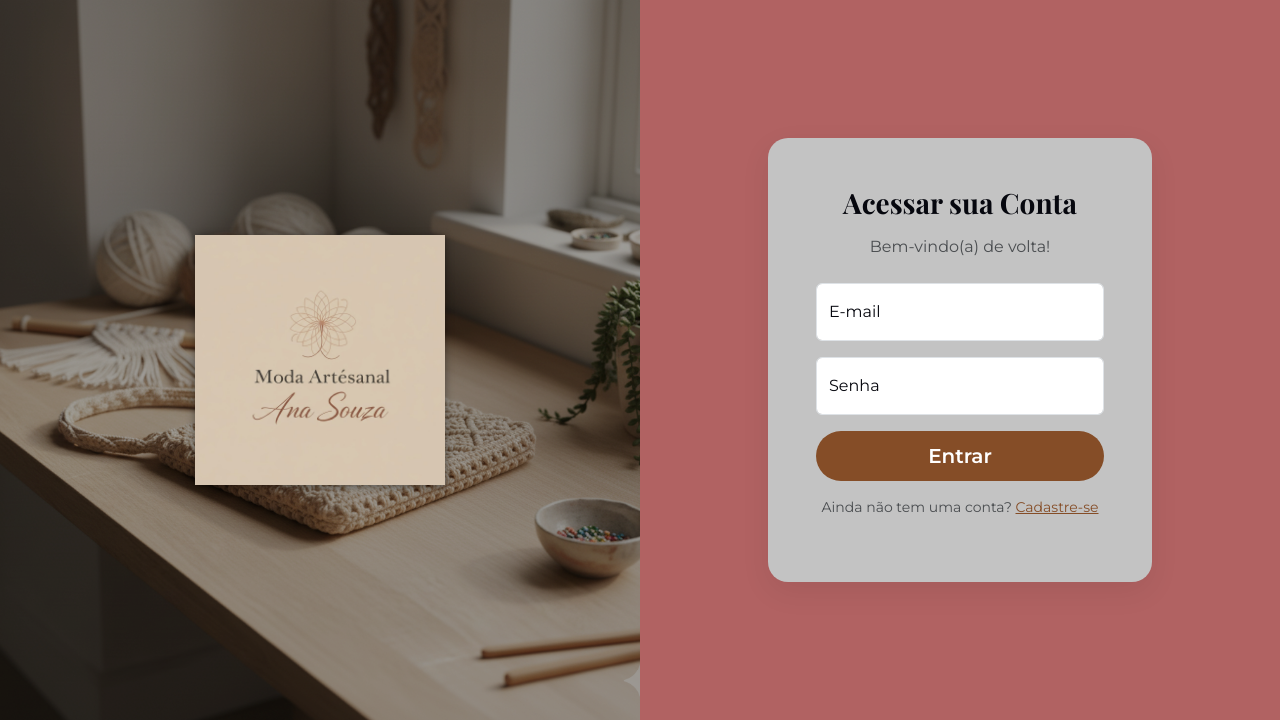
Repository: Lucascsg/projeto-anasouza-frontend
Page: login.html
These files come from the project's save history. The page is drawn as it stood at one moment and after the next save; the edit follows.
The browser window is 1280 px wide. The pictures show the whole page.

Above is the page before, as saved 2025-10-21 23:40:30.

### login.html
<!DOCTYPE html>
<html lang="pt-br">
<head>
    <meta charset="UTF-8">
    <meta name="viewport" content="width=device-width, initial-scale=1.0">
    <title>Login - Ana Souza</title>
    <link href="https://cdn.jsdelivr.net/npm/bootstrap@5.3.2/dist/css/bootstrap.min.css" rel="stylesheet">
    <link rel="stylesheet" href="css/style.css">
    <link rel="stylesheet" href="https://cdn.jsdelivr.net/npm/bootstrap-icons@1.11.1/font/bootstrap-icons.css">
    <link rel="preconnect" href="https://fonts.googleapis.com">
    <link rel="preconnect" href="https://fonts.gstatic.com" crossorigin>
    <link href="https://fonts.googleapis.com/css2?family=Montserrat:wght@400;500;600&family=Playfair+Display:wght@700&family=Great+Vibes&display=swap" rel="stylesheet">

    <style>
        /* Estilo para garantir altura total e split screen */
        body, html { height: 100%; margin: 0; overflow: hidden; }
        .split-container { display: flex; min-height: 100vh; }
        .split-image {
            background: url('imagens/backlog4.png') no-repeat center center/cover; /* SUA IMAGEM DE FUNDO AQUI */
            flex: 1;
            position: relative;
            display: flex;
            align-items: center;
            justify-content: center;
            padding: 2rem; /* Adiciona um respiro */
        }
        .split-form {
            flex: 1;
            display: flex;
            align-items: center;
            justify-content: center;
            padding: 2rem;
            background-color: #B16262 ;
            overflow-y: auto;
        }

        /* Overlay sobre a imagem */
        .split-image::before {
            content: '';
            position: absolute;
            top: 0; left: 0;
            width: 100%; height: 100%;
            background: rgba(0, 0, 0, 0.35);
            z-index: 1;
        }

        /* --- ATUALIZADO: Estilo para a IMAGEM do logo --- */
        .image-logo {
            position: relative;
            z-index: 2;
            text-align: center;
            max-width: 250px; /* Limita a largura máxima do logo */
            width: 70%;       /* Faz o logo ocupar 70% do espaço disponível */
        }
        .image-logo img {
            /* Adiciona um leve filtro para o logo "flutuar" melhor sobre fundos variados */
            filter: drop-shadow(0px 2px 4px rgba(0,0,0,0.4));
        }

        /* Ajuste para telas menores */
        @media (max-width: 767px) {
            .split-container { flex-direction: column-reverse; }
            .split-image {
                min-height: 200px; /* Altura menor para o logo no mobile */
                flex: none;
                padding: 1rem; /* Menos respiro */
            }
            .image-logo { /* Logo na imagem é ajustado no mobile */
                max-width: 180px; /* Logo menor no mobile */
                width: 60%;
            }
            .split-form { padding: 1.5rem; }
            .form-logo { display: block !important; }
             /* Esconde o logo grande da imagem no mobile, mostra o pequeno do form */
             /* .image-logo { display: none !important; } */ /* Descomente se preferir esconder totalmente no mobile */
        }
        @media (min-width: 768px) {
            .form-logo { display: none; }
        }
    </style>
</head>
<body>

    <div class="split-container">
        <div class="split-image d-none d-md-flex">
            <div class="image-logo">
                <a href="index.html">
                    <img src="imagens/logo.png" alt="Logo Ana Souza" class="img-fluid">
                </a>
            </div>
        </div>

        <div class="split-form">
            <div class="col-lg-8 col-md-10 col-sm-12">
                <div class="form-container section-card">
                    <div class="text-center mb-4">
                        <a class="logo-text form-logo d-none d-md-none d-inline-block mb-3 text-decoration-none" href="index.html" style="font-size: 2.5rem; color: var(--cor-base-escura) !important;">
                            <div>Ana Souza</div>
                            <small class="logo-subtitle" style="font-size: 0.7rem; color: var(--cor-base-escura); opacity: 0.8;">MODA ARTESANAL</small>
                        </a>
                        <h1 class="h3 mb-3 fw-bold">Acessar sua Conta</h1>
                        <p class="text-muted">Bem-vindo(a) de volta!</p>
                    </div>
                    <form id="login-form">
                        <div class="form-floating mb-3">
                            <input type="email" class="form-control" id="email" placeholder="nome@exemplo.com" required>
                            <label for="email">E-mail</label>
                        </div>
                        <div class="form-floating mb-3">
                            <input type="password" class="form-control" id="senha" placeholder="Senha" required>
                            <label for="senha">Senha</label>
                        </div>
                        <div class="d-grid mb-3">
                            <button class="btn btn-custom-primary btn-lg" type="submit">Entrar</button>
                        </div>
                        <p class="text-center text-muted small">
                            Ainda não tem uma conta? <a href="cadastro.html" class="link-custom-secondary">Cadastre-se</a>
                        </p>
                    </form>
                </div>
            </div>
        </div>
    </div>

    <script src="https://cdn.jsdelivr.net/npm/bootstrap@5.3.2/dist/js/bootstrap.bundle.min.js"></script>
</body>
</html>

### css/style.css
/* =================================== */
/* VARIÁVEIS GLOBAIS E ESTILOS BASE    */
/* =================================== */
:root {
    /* Sua paleta de cores (mantive suas últimas alterações) */
    --cor-base-escura: #854D27;
    --cor-acao-vibrante: #854D27;
    --cor-detalhe-quente: #29524A;
    --cor-texto-escuro: #06070E;

    /* Cores Neutras e de Fundo */
    --cor-fundo-claro: #F8F5F2;
    --cor-texto-claro: #FFFFFF;
}

body {
    font-family: 'Montserrat', sans-serif;
    background-color: #B16262;
    color: var(--cor-texto-escuro);
}

/* Estilo para páginas com fundo branco específico */
body.bg-white-page {
    background-color: #FFFFFF;
}

h1, h2, h3, h4, h5, h6 {
    font-family: 'Playfair Display', serif;
    color: var(--cor-detalhe-quente);
}

/* =================================== */
/* ESTILOS DA BARRA DE NAVEGAÇÃO       */
/* =================================== */
.navbar-custom {
    background-color: var(--cor-base-escura);
}
/* ... (O resto dos estilos da navbar e do logo permanecem como você enviou) ... */
.navbar-brand.logo-text {
    display: flex;
    flex-direction: column;
    justify-content: center;
    padding: 0;
    position: relative;
    top: 2px;
}
.navbar-brand div {
    font-family: 'Great Vibes', cursive;
    font-size: 2.2rem;
    color: #FFD972 !important;
    line-height: 1;
    font-weight: normal;
}
.navbar-brand .logo-subtitle {
    font-family: 'Montserrat', sans-serif;
    font-size: 0.6rem;
    text-transform: uppercase;
    letter-spacing: 0.1em;
    display: block;
    opacity: 0.9;
    color: #FFD972;
    margin-top: -5px;
}
/* ... (outros estilos da navbar que você enviou) ... */
.navbar-custom .navbar-brand img {
    height: 40px;
}
.navbar-custom .nav-link {
    color: var(--cor-texto-claro);
    font-weight: 500;
    text-transform: uppercase;
    font-size: 0.9rem;
    padding: 0.5rem 1rem;
    transition: opacity 0.3s;
}
.navbar-custom .nav-link:hover {
    opacity: 0.8;
}
.navbar-icons a {
    color: var(--cor-texto-claro);
    font-size: 1.2rem;
    transition: opacity 0.3s;
}
.navbar-icons a:hover {
    opacity: 0.8;
}


/* =================================== */
/* ESTILOS DA SEÇÃO HERO (IMAGEM)      */
/* =================================== */
#hero {
    position: relative;
    height: 90vh;
    width: 100%;
    display: flex;
    align-items: center;
    justify-content: center;

    /* --- ATUALIZAÇÃO PARA IMAGEM DE FUNDO --- */
    background: url('../imagens/hero-background.jpg') no-repeat center center/cover;
}

#hero::after {
    content: '';
    position: absolute;
    top: 0;
    left: 0;
    width: 100%;
    height: 100%;
    background: rgba(0, 0, 0, 0.6);
    z-index: 1;
}

#hero .hero-content {
    position: relative;
    z-index: 2;
}

#hero .hero-content h1 {
    font-weight: 700;
    color: var(--cor-texto-claro);
}

#hero .hero-content .btn {
    border-radius: 50px;
    padding: 12px 30px;
    font-weight: 600;
}


/* ... (O resto do seu CSS continua exatamente como você enviou) ... */

/* =================================== */
/* ESTILOS GERAIS DAS SEÇÕES           */
/* =================================== */
section h2 {
    color: var(--cor-detalhe-quente);
    margin-bottom: 1rem;
}

/* =================================== */
/* ESTILOS DA SEÇÃO DE PRODUTOS        */
/* =================================== */
.product-card {
    border: none;
    border-radius: 15px;
    box-shadow: 0 4px 15px rgba(0, 0, 0, 0.08);
    transition: all 0.3s ease-in-out;
}
.product-card:hover {
    transform: translateY(-8px);
    box-shadow: 0 8px 25px rgba(0, 0, 0, 0.12);
}
.product-card .card-title {
    color: var(--cor-texto-escuro);
    font-weight: 600;
}
.product-card .btn {
    border-radius: 50px;
    padding: 8px 25px;
    font-weight: 500;
    border-color: var(--cor-base-escura);
    color: var(--cor-base-escura);
}
.product-card .btn:hover {
    background-color: var(--cor-base-escura);
    color: white;
}

/* =================================== */
/* ESTILOS DA SEÇÃO DE BLOG            */
/* =================================== */
.btn-custom-primary {
    background-color: var(--cor-acao-vibrante);
    color: white;
    border: none;
    border-radius: 50px;
    padding: 10px 30px;
    font-weight: 600;
    transition: all 0.3s;
}
.btn-custom-primary:hover {
    background-color: var(--cor-acao-vibrante);
    color: white;
    opacity: 0.9;
    transform: translateY(-2px);
}
#blog img {
    border-radius: 15px;
}

/* =================================== */
/* ESTILOS DO RODAPÉ (FOOTER)          */
/* =================================== */
.footer-custom {
    background-color: var(--cor-base-escura);
}
.footer-custom a {
    text-decoration: none;
    transition: opacity 0.3s;
}
.footer-custom a:hover {
    opacity: 0.8;
}

/* =================================== */
/* ESTILO DE SEÇÃO EM FORMATO DE CARD  */
/* =================================== */

.section-card {
    background-color: #c3c3c3; /* Fundo branco para o card */
    padding: 3rem 2rem;        /* Espaçamento interno generoso */
    border-radius: 20px;       /* As pontas curvadas que você pediu */
    box-shadow: 0 10px 30px rgba(0, 0, 0, 0.07); /* Sombra sutil para "flutuar" */
}

/* =================================== */
/* Estilos da Página de Produto        */
/* =================================== */

.product-price {
    color: var(--cor-detalhe-quente); /* Usando o verde/marrom dos títulos */
    font-weight: 600;
}

/* =================================== */
/* Estilos da Personalização de Cor    */
/* =================================== */

.seletor-cor {
    width: 32px;
    height: 32px;
    border-radius: 50%; /* Deixa o elemento redondo */
    border: 2px solid #eee;
    cursor: pointer;
    margin-right: 10px;
    margin-bottom: 10px;
    transition: transform 0.2s ease-in-out;
    background-size: cover;
    background-position: center;
}

.seletor-cor:hover {
    transform: scale(1.1); /* Efeito de zoom no hover */
}

/* Estilo para o seletor de cor que está ativo/selecionado */
.seletor-cor.active {
    border-color: var(--cor-base-escura); /* Usa a cor da navbar para destacar */
    box-shadow: 0 0 8px rgba(0, 0, 0, 0.3);
}

/* ============================================= */
/* REFINAMENTO DA PÁGINA DE POST (LEIA MAIS)     */
/* ============================================= */

/* 1. Controlando o tamanho da imagem de destaque */
#post-imagem {
    max-height: 450px; /* Define uma altura máxima para a imagem */
    width: 100%;
    object-fit: cover;   /* Garante que a imagem cubra o espaço sem distorcer */
    border-radius: 15px; /* Bordas mais suaves, combinando com o resto do site */
}

/* 2. Ajustando o Título e a Data */
#post-titulo {
    margin-top: 2.5rem; /* Adiciona mais espaço acima do título */
}

#post-data {
    font-size: 0.8rem;
    text-transform: uppercase;
    letter-spacing: 0.05em; /* Espaçamento entre as letras para um look mais "design" */
}

/* 3. Melhorando a legibilidade do texto do artigo */
#post-conteudo p {
    font-size: 1.1rem;      /* Aumenta um pouco o tamanho da fonte para leitura */
    line-height: 1.8;       /* Aumenta o espaçamento entre as linhas, essencial para textos longos */
    color: #343a40;         /* Um cinza mais escuro para melhor contraste e conforto visual */
}

/* Estilo para os cards de resumo na página de agradecimento */
.summary-item-card {
    background-color: #c3c3c3 !important; /* O cinza que você usou nos section-cards */
    border: none;
    color: var(--cor-texto-escuro); /* Garante que o texto dentro seja escuro */
}

/* =================================== */
/* Estilos para Formulários de Login/Cadastro */
/* =================================== */
.form-container {
    padding: 2rem;
}

@media (min-width: 768px) {
    .form-container {
        padding: 3rem;
    }
}

/* Links personalizados para autenticação */
.link-custom-secondary {
    color: var(--cor-base-escura); /* Usa sua cor base escura */
    text-decoration: underline;
}
.link-custom-secondary:hover {
    color: var(--cor-principal-hover); /* Muda para o hover da cor principal */
    text-decoration: none;
}

After the next save:
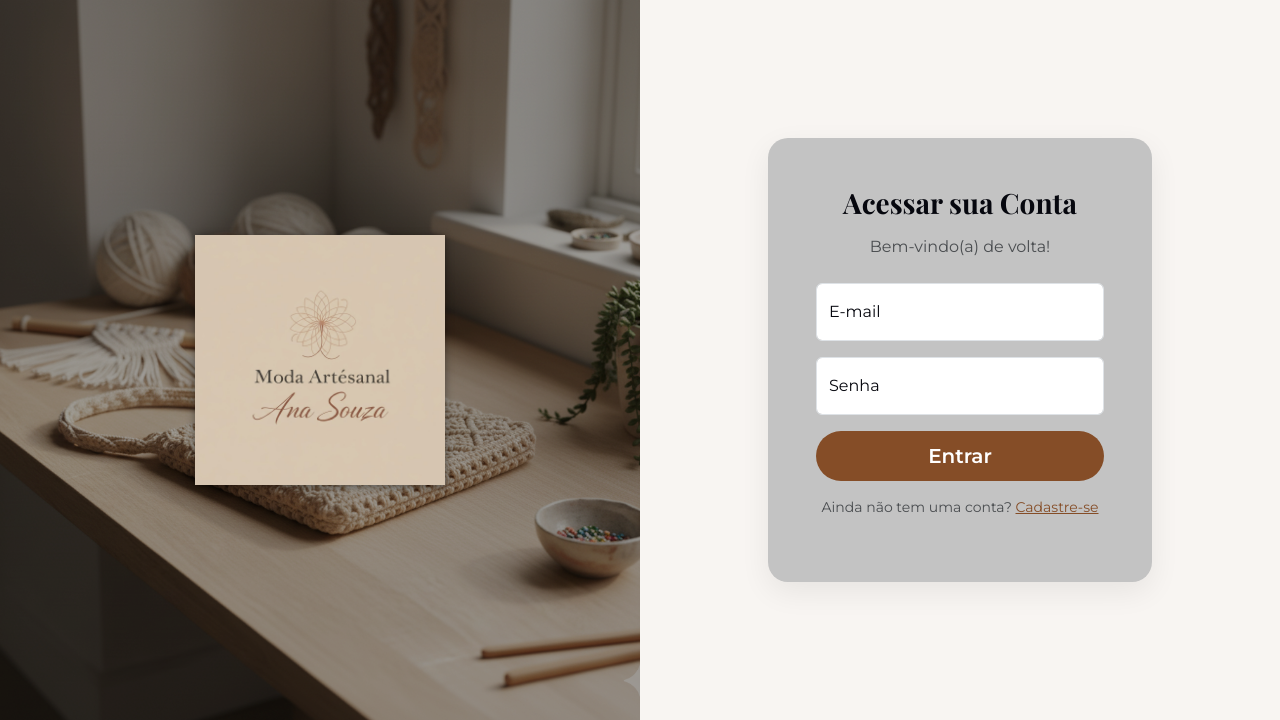
Saved 3 min 28 s later.
--- a/login.html
+++ b/login.html
@@ -12,71 +12,65 @@
     <link href="https://fonts.googleapis.com/css2?family=Montserrat:wght@400;500;600&family=Playfair+Display:wght@700&family=Great+Vibes&display=swap" rel="stylesheet">
 
     <style>
-        /* Estilo para garantir altura total e split screen */
-        body, html { height: 100%; margin: 0; overflow: hidden; }
-        .split-container { display: flex; min-height: 100vh; }
-        .split-image {
-            background: url('imagens/backlog4.png') no-repeat center center/cover; /* SUA IMAGEM DE FUNDO AQUI */
-            flex: 1;
-            position: relative;
-            display: flex;
-            align-items: center;
-            justify-content: center;
-            padding: 2rem; /* Adiciona um respiro */
-        }
-        .split-form {
-            flex: 1;
-            display: flex;
-            align-items: center;
-            justify-content: center;
-            padding: 2rem;
-            background-color: #B16262 ;
-            overflow-y: auto;
-        }
+      /* Estilo para garantir altura total e split screen */
+body, html { height: 100%; margin: 0; overflow: hidden; }
+.split-container { display: flex; min-height: 100vh; }
+.split-image {
+    background: url('imagens/backlog4.png') no-repeat center center/cover; /* SUA IMAGEM DE FUNDO AQUI */
+    flex: 1;
+    position: relative;
+    display: flex;
+    align-items: center;
+    justify-content: center;
+    padding: 2rem;
+}
+.split-form {
+    flex: 1;
+    display: flex;
+    align-items: center;
+    justify-content: center;
+    padding: 2rem;
+    background-color: var(--cor-fundo-claro);
+    overflow-y: auto;
+}
 
-        /* Overlay sobre a imagem */
-        .split-image::before {
-            content: '';
-            position: absolute;
-            top: 0; left: 0;
-            width: 100%; height: 100%;
-            background: rgba(0, 0, 0, 0.35);
-            z-index: 1;
-        }
+/* Overlay sobre a imagem */
+.split-image::before {
+    content: '';
+    position: absolute;
+    top: 0; left: 0;
+    width: 100%; height: 100%;
+    background: rgba(0, 0, 0, 0.35);
+    z-index: 1;
+}
 
-        /* --- ATUALIZADO: Estilo para a IMAGEM do logo --- */
-        .image-logo {
-            position: relative;
-            z-index: 2;
-            text-align: center;
-            max-width: 250px; /* Limita a largura máxima do logo */
-            width: 70%;       /* Faz o logo ocupar 70% do espaço disponível */
-        }
-        .image-logo img {
-            /* Adiciona um leve filtro para o logo "flutuar" melhor sobre fundos variados */
-            filter: drop-shadow(0px 2px 4px rgba(0,0,0,0.4));
-        }
+/* Estilo para a IMAGEM do logo */
+.image-logo {
+    position: relative;
+    z-index: 2;
+    text-align: center;
+    max-width: 250px;
+    width: 70%;
+}
 
-        /* Ajuste para telas menores */
-        @media (max-width: 767px) {
-            .split-container { flex-direction: column-reverse; }
-            .split-image {
-                min-height: 200px; /* Altura menor para o logo no mobile */
-                flex: none;
-                padding: 1rem; /* Menos respiro */
-            }
-            .image-logo { /* Logo na imagem é ajustado no mobile */
-                max-width: 180px; /* Logo menor no mobile */
-                width: 60%;
-            }
-            .split-form { padding: 1.5rem; }
-            .form-logo { display: block !important; }
-             /* Esconde o logo grande da imagem no mobile, mostra o pequeno do form */
-             /* .image-logo { display: none !important; } */ /* Descomente se preferir esconder totalmente no mobile */
-        }
-        @media (min-width: 768px) {
-            .form-logo { display: none; }
-        }
+/* --- CORREÇÃO AQUI --- */
+/* Garante que o link ocupe apenas o espaço da imagem */
+.image-logo a {
+    display: inline-block; /* Faz o link se comportar como um bloco, mas apenas do tamanho do conteúdo */
+}
+/* --- FIM DA CORREÇÃO --- */
+
+.image-logo img {
+    filter: drop-shadow(0px 2px 4px rgba(0,0,0,0.4));
+}
+
+/* Ajuste para telas menores */
+@media (max-width: 767px) {
+    /* ... (o resto do @media continua igual) ... */
+}
+@media (min-width: 768px) {
+    /* ... (o resto do @media continua igual) ... */
+}
     </style>
 </head>
 <body>

After the save that followed:
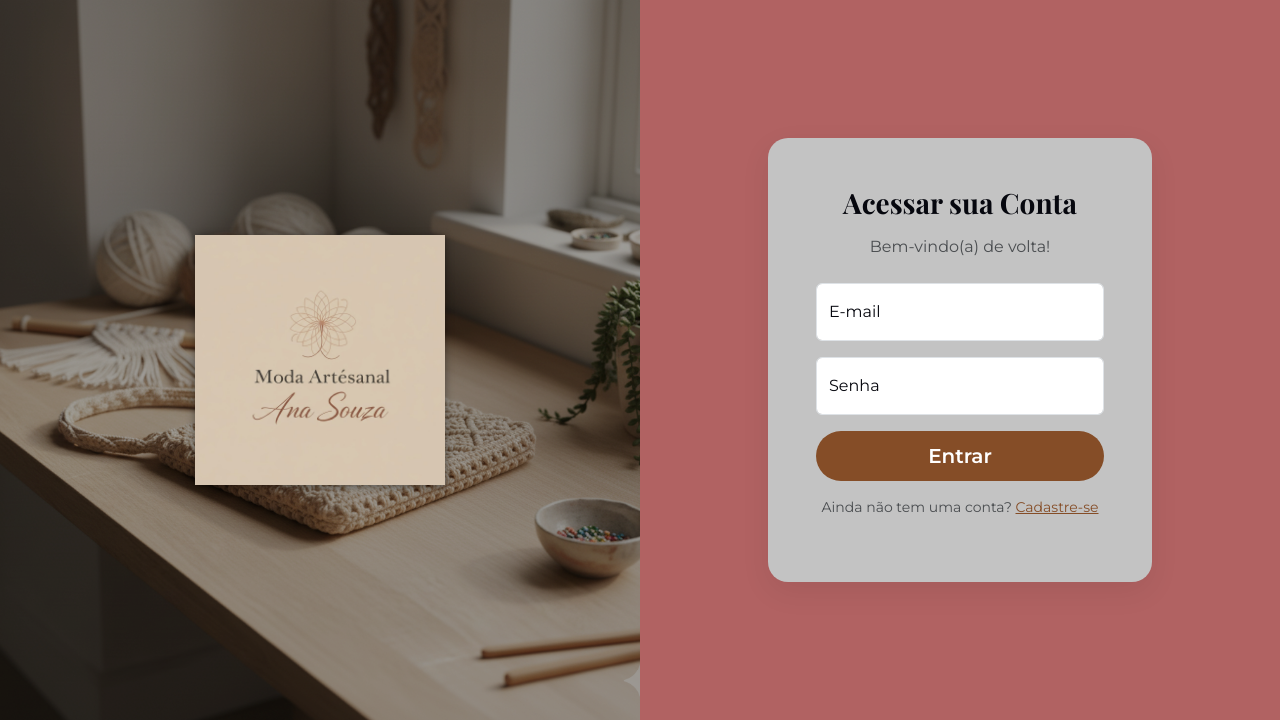
Saved 21 s later.
--- a/login.html
+++ b/login.html
@@ -30,7 +30,7 @@
     align-items: center;
     justify-content: center;
     padding: 2rem;
-    background-color: var(--cor-fundo-claro);
+    background-color: #B16262;
     overflow-y: auto;
 }
 
